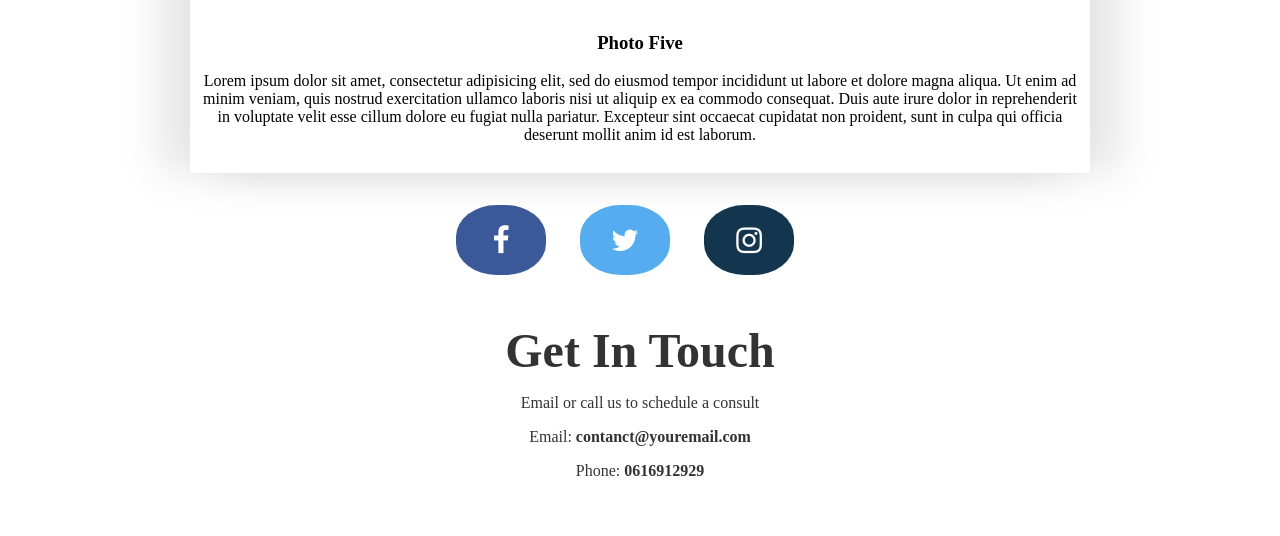
Repository: konstantin0s/mobile-photography
Page: index.html
The author's editor kept a copy of each file at every save. The page is drawn from the files as they stood at one save, then again after the next save.
The browser window is 1280 px wide. The pictures show the part of the page from y = 4062 to 4598 px (the page is 4598 px tall).

Above is the page before, as saved 2019-05-11 14:48:10.

After the next save:
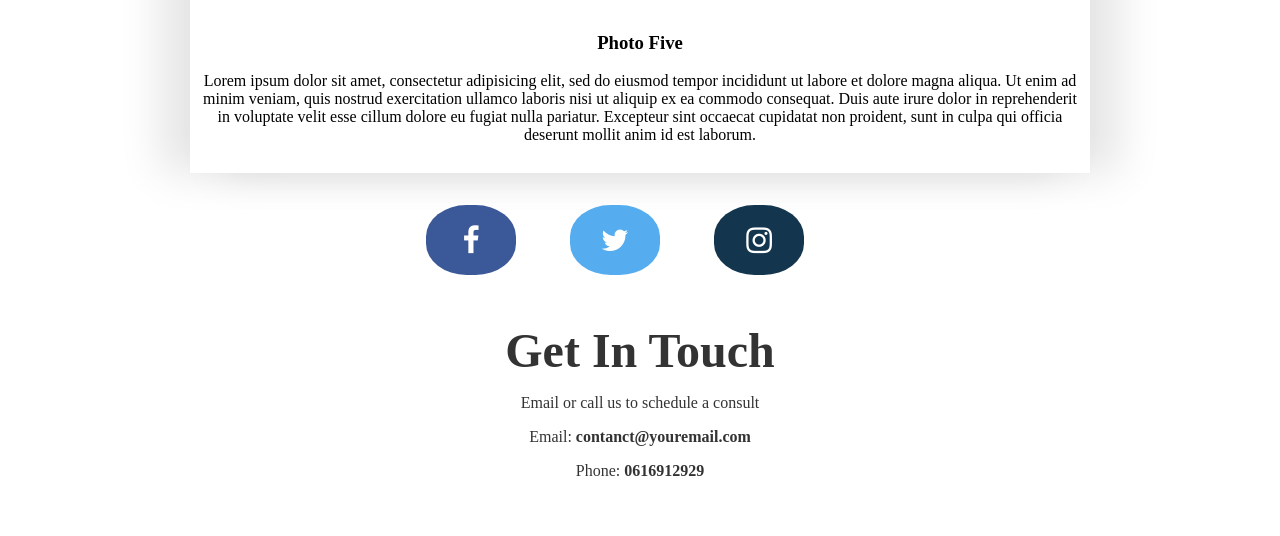
Saved 5 s later.
--- a/css/style.css
+++ b/css/style.css
@@ -117,7 +117,7 @@ footer h3 {
 
 .fa {
   padding: 20px;
-  margin-right: 30px;
+  margin-right: 50px;
   font-size: 30px;
   width: 50px;
   text-align: center;
